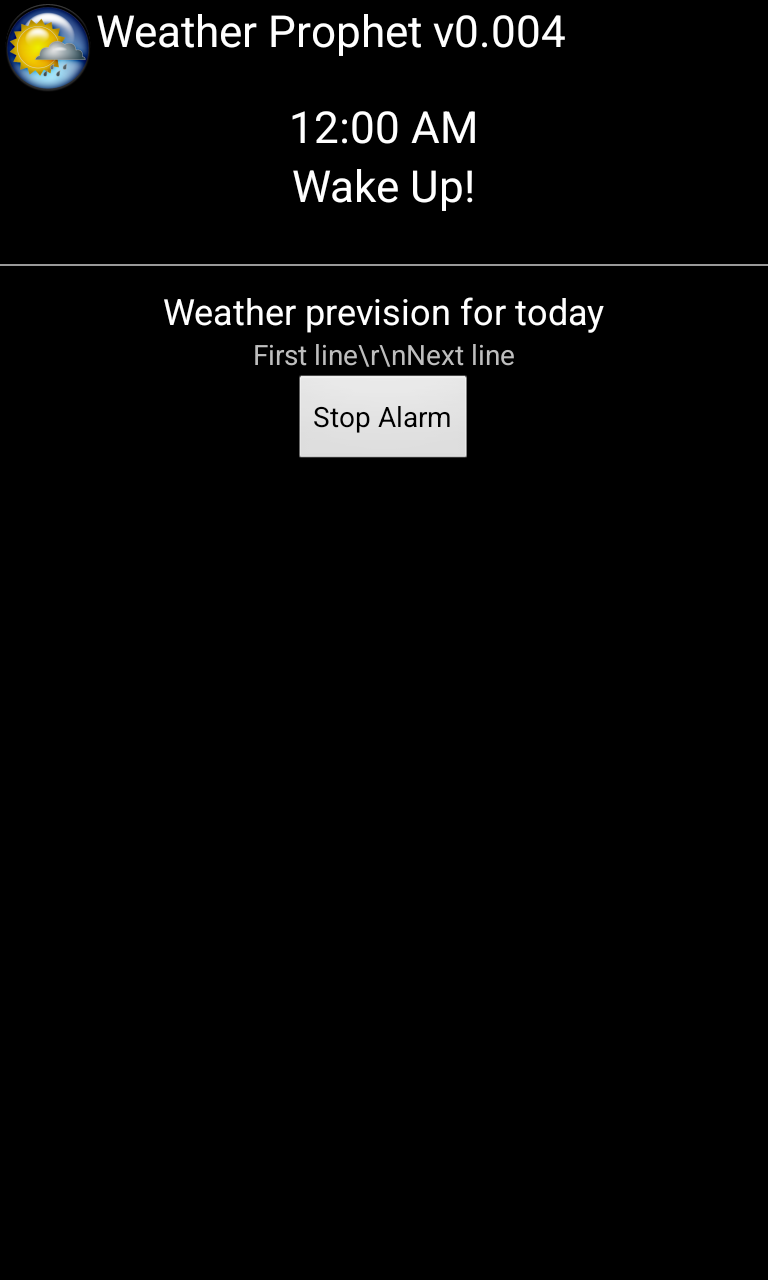
Repository: kaleidos/Weather-Prophet
Layout: android/WeatherProphet/res/layout/showalarm.xml
An editor plug-in stored every save of this project. The layout is shown before and after the next save, followed by the edit.
It is drawn on a 768 x 1280 px phone screen (xhdpi) without system bars, with theme android:Theme; the app's code is not run.

Above is the layout before, as saved 2011-12-15 17:01:04.

### android/WeatherProphet/res/layout/showalarm.xml
<?xml version="1.0" encoding="utf-8"?>
<LinearLayout xmlns:android="http://schemas.android.com/apk/res/android"
    android:layout_width="fill_parent"
    android:layout_height="fill_parent"
    android:gravity="center_horizontal"
    android:orientation="vertical" >

    <LinearLayout
        android:layout_width="fill_parent"
        android:layout_height="wrap_content"
        android:gravity="fill_horizontal" >

        <ImageView
            android:id="@+id/imageView1"
            android:layout_width="wrap_content"
            android:layout_height="wrap_content"
            android:src="@drawable/ic_weather_prophet"
            android:textAppearance="?android:attr/textAppearanceMedium" />

        <TextView
            android:layout_width="fill_parent"
            android:layout_height="wrap_content"
            android:text="@string/hello"
            android:textAppearance="?android:attr/textAppearanceLarge" />
    </LinearLayout>

    <DigitalClock
        android:id="@+id/digitalClock1"
        android:layout_width="wrap_content"
        android:layout_height="wrap_content"
        android:text="DigitalClock"
        android:textAppearance="?android:attr/textAppearanceLarge" />

    <TextView
        android:id="@+id/textView1"
        android:layout_width="wrap_content"
        android:layout_height="wrap_content"
        android:text="@string/wake_up"
        android:textAppearance="?android:attr/textAppearanceLarge" />

    <ImageView
        android:id="@+id/imageView1"
        android:layout_width="fill_parent"
        android:layout_height="1dp"
        android:layout_marginBottom="10dp"
        android:layout_marginTop="25dp"
        android:background="#999999" />

    <TextView
        android:id="@+id/textView2"
        android:layout_width="wrap_content"
        android:layout_height="wrap_content"
        android:text="@string/prevision"
        android:textAppearance="?android:attr/textAppearanceMedium" />

    <TextView
        android:id="@+id/textView3"
        android:layout_width="wrap_content"
        android:layout_height="wrap_content"
        android:text="First line\r\nNext line"
        android:textAppearance="?android:attr/textAppearanceSmall" />

    <Button
        android:id="@+id/button1"
        android:layout_width="wrap_content"
        android:layout_height="wrap_content"
        android:onClick="stopAlarm"
        android:text="@string/stop_alarm" />

</LinearLayout>

### android/WeatherProphet/res/values/strings.xml
<?xml version="1.0" encoding="utf-8"?>
<resources>

    <string name="hello">Weather Prophet v0.004</string>
    <string name="app_name">WeatherProphet</string>
    <string name="wake_up">Wake Up!</string>
    <string name="stop_alarm">Stop Alarm</string>
    <string name="base_hour">Set your wake up hour</string>
    <string name="time_offset">Set offset</string>
    <string name="minutes">5</string>
    <string name="activate">Activate Wake Up Call</string>
    <string name="save">Save Preferences</string>
    <string name="notification">Show notification icon</string>
    <string name="login">Log In</string>
    <string name="username">User name</string>
    <string name="password">Password</string>
    <string name="submit">Submit</string>
    <string name="rainalarm">Rain Alarm</string>
    <string name="activaterainalarm">Activate Rain Alarm</string>
    <string name="ifrain">If rain probability is higer than</string>
    <string name="wakeme">Wake me earlier</string>
    <string name="morning">Morning</string>
    <string name="evening">Evening</string>
    <string name="night">Night</string>
    <string name="sendmail">Send me an email the day before</string>
    <string name="prevision">Weather prevision for today</string>

</resources>

After the next save:
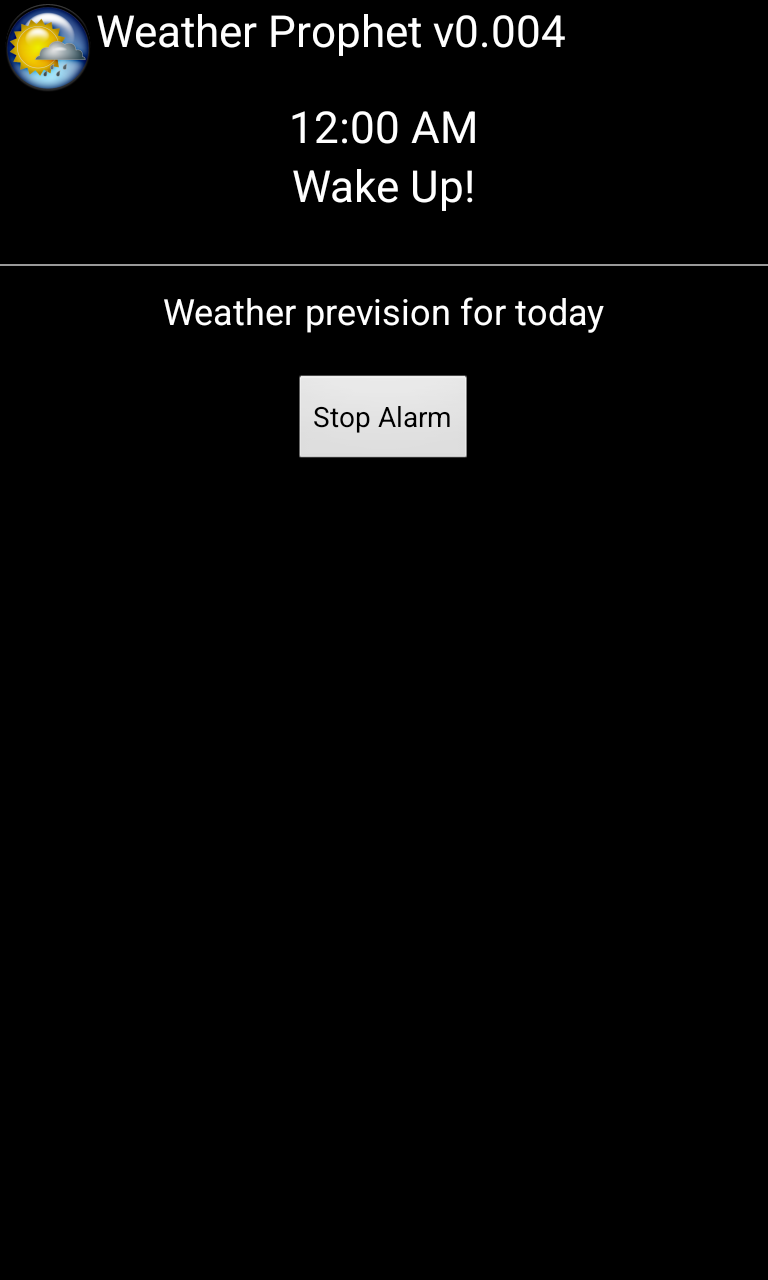
Saved 8 s later.
--- a/android/WeatherProphet/res/layout/showalarm.xml
+++ b/android/WeatherProphet/res/layout/showalarm.xml
@@ -57,7 +57,7 @@
         android:id="@+id/textView3"
         android:layout_width="wrap_content"
         android:layout_height="wrap_content"
-        android:text="First line\r\nNext line"
+        android:text=""
         android:textAppearance="?android:attr/textAppearanceSmall" />
 
     <Button
